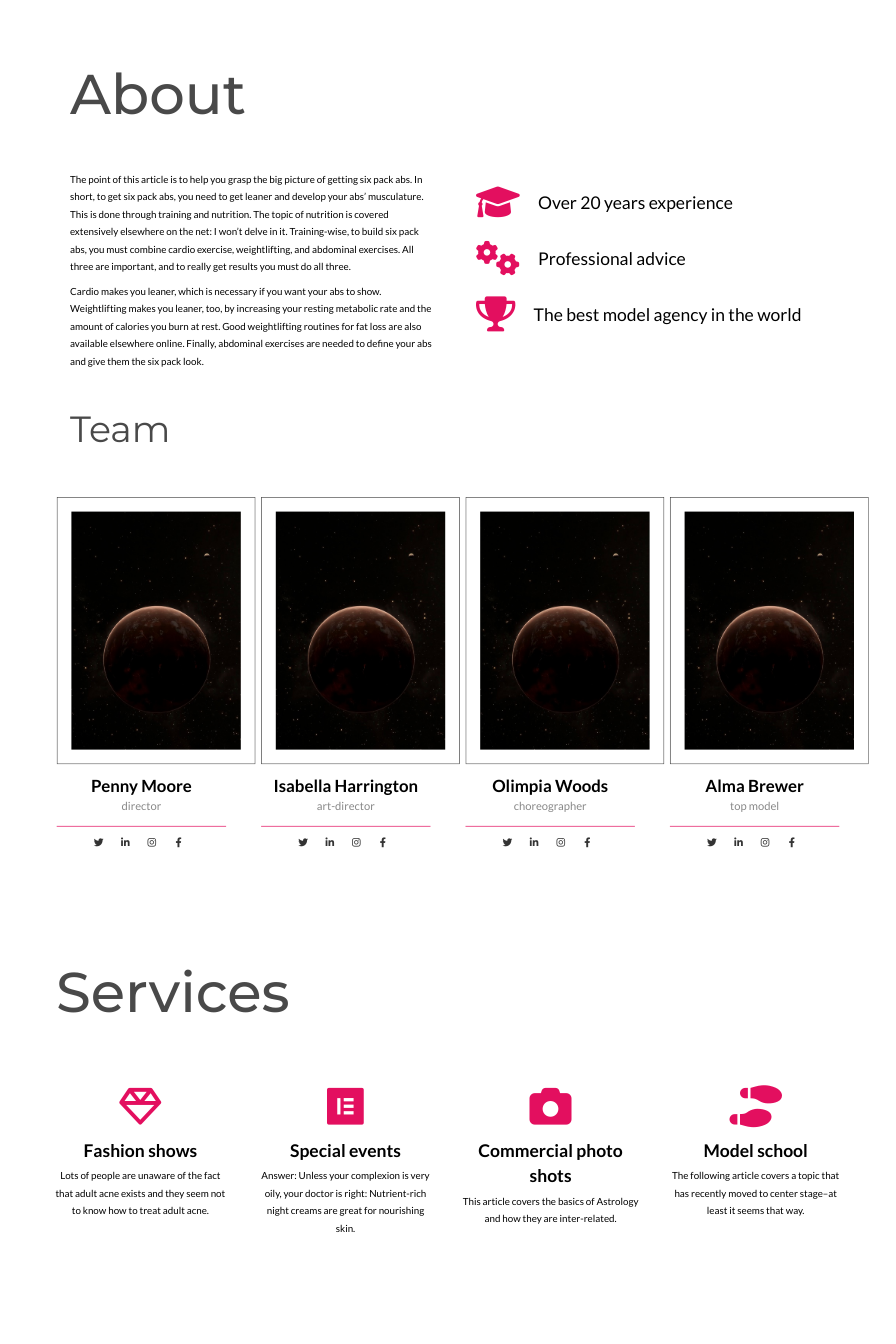
Repository: soniaarefin/cosmo
Page: index.html
These files come from the project's save history. The page is drawn as it stood at one moment and after a run of saves; the edit follows.
The browser window is 1280 px wide. The pictures show the part of the page from y = 717 to 2637 px (the page is 2929 px tall), at 70% of full size.

Above is the page before, as saved 2021-11-09 22:18:40.

### index.html
<!DOCTYPE html>
<html lang="en">
<head>
    <meta charset="UTF-8">
    <meta http-equiv="X-UA-Compatible" content="IE=edge">
    <meta name="description" content="&amp;lt;p&amp;gt;&amp;lt;strong&amp;gt;Cosmo&amp;lt;/strong&amp;gt; — is a clean, modern template that is suitable for &amp;l...">
    <meta name="keywords" content="HTML, CSS, JavaScript">
    <meta name="robots" content="noindex, nofollow" />
    <meta name="author" content="Sonia Arefin" >
    <meta name="viewport" content="width=device-width, initial-scale=1.0">
    <!-- <meta http-equiv="refresh" content="30" url="http://www.google.com"> -->
    <meta http-equiv = "cookie" content = "userid = xyz; expires = Wednesday, 20-Oct-21 23:59:59 GMT;" />
    <meta http-equiv = "Content-Type" content = "text/html; charset = UTF-8" />
    <!-- Title -->
    <title>Cosmo</title>
    <!-- CSS Links-->

    <!-- Fontawesome Links -->
    <link rel="stylesheet" href="https://cdnjs.cloudflare.com/ajax/libs/font-awesome/6.0.0-beta2/css/all.min.css">
    <!-- Google Fonts -->
    <link rel="preconnect" href="https://fonts.googleapis.com">
    <link rel="preconnect" href="https://fonts.gstatic.com" crossorigin>
    <link href="https://fonts.googleapis.com/css2?family=Lato:ital,wght@0,100;0,300;0,400;0,700;0,900;1,100;1,300&family=Montserrat:ital,wght@0,100;0,200;0,300;0,400;0,500;0,700;0,800;0,900;1,100;1,200;1,300;1,400&display=swap" rel="stylesheet">
    <!-- Custom CSS-->
    <link rel="stylesheet" href="assets/css/base.css">
    <link rel="stylesheet" href="assets/css/style.css">
    <link rel="stylesheet" href="assets/css/custom.css">
    <link rel="stylesheet" href="assets/css/responsive.css">
</head>
<body>
    <!-- Page Header Starts -->
    <header class="header">
        <div class="container">
            <nav class="nav-bar">
                <div class="wrapper-logo">
                    <a class="logo" href="index.html">
                        <span class="logo__heading">Cosmo</span><span class="logo__subheading">Model Agency</span>
                    </a>
                </div>
                <div class="wrapper-menu">
                    <ul class="menu-bar"><a class="menu-responsive-button" href="#"></a>
                        <li class="dropdown"><a class="dropbtn" href="#">Home</a>
                            <!-- <div class="dropdown-content">
                                <a href="#">Home Link 1</a>
                                <a href="#">Home Link 2</a>
                                <a href="#">Home Link 3</a>
                            </div> -->
                        </li>
                        <li class="dropdown"><a class="dropbtn" href="#">Projects</a>
                            <div class="dropdown-content">
                                <a href="#">Projects Link 1</a>
                                <a href="#">Projects Link 2</a>
                                <a href="#">Projects Link 3</a>
                            </div>
                        </li>
                        <li class="dropdown"><a class="dropbtn" href="casting.html">Casting</a>
                        </li>
                        <li class="dropdown"><a class="dropbtn" href="models.html">Models</a>
                        </li>
                        <li class="dropdown"><a class="dropbtn" href="blog.html">Blog</a>
                        </li>
                    </ul>
                </div>
            </nav>
        </div>
    </header>
    <!-- Page Header Ends -->
    <!-- Page Main Starts -->
    <main class="page-main">
        <!-- Section Intro Starts -->
        <section class="page-section page-section_intro intro-img">
            <div class="container">
                <div class="row">
                    <div class="col-25"></div>
                    <div class="col-50 section-intro" >
                        <header class="page-section_intro_header">
                            <span class="section-intro_span">MODEL AGENCY</span>
                            <hr class="divider">
                            <h1 class="page-section_intro_header_h1">Cosmo</h1>
                        </header>
                        <p class="section-intro_txt">Most people feel they have some basic flaws with their appearance, and the truth is that the stars are no exception.</p>
                        <div class="page-section_intro__btn">
                            <a class="page-section_intro__btn_btn button" href="#">Learn more</a>
                        </div>
                    </div>
                    <div class="col-25"></div>
                </div>
            </div>
        </section>
        <!-- Section Intro Ends -->
        <!-- Section About Starts -->
        <section class="page-section page-section-about">
            <div class="container">
                <div class="row">
                    <div class="col-100 section-about">
                        <h1 class="section-h1">About</h1>
                    </div>
                </div>
                <div class="row">
                    <div class="col-50 section-about_paragraph">
                        <p>The point of this article is to help you grasp the big picture of getting six pack abs. In short, to get six pack abs, you need to get leaner and develop your abs’ musculature. This is done through training and nutrition. The topic of nutrition is covered extensively elsewhere on the net: I won’t delve in it. Training-wise, to build six pack abs, you must combine cardio exercise, weightlifting, and abdominal exercises. All three are important, and to really get results you must do all three.</p>
                        <p>Cardio makes you leaner, which is necessary if you want your abs to show.  Weightlifting makes you leaner, too, by increasing your resting metabolic rate and the amount of calories you burn at rest. Good weightlifting routines for fat loss are also available elsewhere online. Finally, abdominal exercises are needed to define your abs and give them the six pack look.</p>
                    </div>
                    <div class="col-50 section-about_list_item">
                        <ul class="section-about_list">
                            <li class="about_list"><i class="fas fa-graduation-cap about-icon"></i><span class="about-list_span">Over 20 years experience</span></li>
                            <li class="about_list"><i class="fas fa-cogs about-icon"></i><span class="about-list_span">Professional advice</span></li>
                            <li class="about_list"><i class="fas fa-trophy about-icon"></i><span class="about-list_span">The best model agency in the world</span></li>
                        </ul>
                    </div>
                </div>
                <div class="col-100 mt-50 ">
                    <h3 class="h3">Team</h3>
                </div>
                <div class="mb-90">
                    <!-- <div class="col-25 team-member-wrapper">
                        <img class="team-member img-responsive" src="assets/images/abstract-g.png" alt="cosmo">
                    </div> -->
                    <div class="team-grid_container team-member-wrapper">
                        <!-- Team Member 1 -->
                        <div class="team-member1">
                            <img class="grid-item img-responsive team-member" src="assets/images/galaxy-n.jpg" alt="cosmo"><span class="team-member_name">Penny Moore</span><span class="team-member_designation">director</span>
                            <hr class="divider">
                            <ul class="team-social_icons">
                                <li class="social-icon"><a class="icon-twitter link-social-icon" href="#"><i class="fab fa-twitter"></i></a></li>
                                <li class="social-icon"><a class="icon_linkedin link-social-icon" href="#"><i class="fab fa-linkedin-in"></i></a></li>
                                <li class="social-icon"><a class="icon_instagram link-social-icon" href="#"><i class="fab fa-instagram"></i></a></li>
                                <li class="social-icon"><a class="icon_facebook link-social-icon" href="#"><i class="fab fa-facebook-f"></i></a></li>
                            </ul>
                        </div>
                        <!-- Team Member 1 -->
                        <!-- Team Member 2 -->
                        <div class="team-member2">
                            <img class="grid-item img-responsive team-member" src="assets/images/galaxy-n.jpg" alt="cosmo"><span class="team-member_name">Isabella Harrington</span><span class="team-member_designation">art-director</span>
                            <hr class="divider">
                            <ul class="team-social_icons">
                                <li class="social-icon"><a class="icon-twitter link-social-icon" href="#"><i class="fab fa-twitter"></i></a></li>
                                <li class="social-icon"><a class="icon_linkedin link-social-icon" href="#"><i class="fab fa-linkedin-in"></i></a></li>
                                <li class="social-icon"><a class="icon_instagram link-social-icon" href="#"><i class="fab fa-instagram"></i></a></li>
                                <li class="social-icon"><a class="icon_facebook link-social-icon" href="#"><i class="fab fa-facebook-f"></i></a></li>
                            </ul>
                        </div>
                        <!-- Team Member 2 -->
                        <!-- Team Member 3 -->
                        <div class="team-member3">
                            <img class="grid-item img-responsive team-member" src="assets/images/galaxy-n.jpg" alt="cosmo"><span class="team-member_name">Olimpia Woods</span><span class="team-member_designation">choreographer</span>
                            <hr class="divider">
                            <ul class="team-social_icons">
                                <li class="social-icon"><a class="icon-twitter link-social-icon" href="#"><i class="fab fa-twitter"></i></a></li>
                                <li class="social-icon"><a class="icon_linkedin link-social-icon" href="#"><i class="fab fa-linkedin-in"></i></a></li>
                                <li class="social-icon"><a class="icon_instagram link-social-icon" href="#"><i class="fab fa-instagram"></i></a></li>
                                <li class="social-icon"><a class="icon_facebook link-social-icon" href="#"><i class="fab fa-facebook-f"></i></a></li>
                            </ul>
                        </div>
                        <!-- Team Member 3 -->
                        <!-- Team Member 4 -->
                        <div class="team-member4">
                            <img class="grid-item img-responsive team-member" src="assets/images/galaxy-n.jpg" alt="cosmo"><span class="team-member_name">Alma Brewer</span><span class="team-member_designation">top model</span>
                            <hr class="divider">
                            <ul class="team-social_icons">
                                <li class="social-icon"><a class="icon-twitter link-social-icon" href="#"><i class="fab fa-twitter"></i></a></li>
                                <li class="social-icon"><a class="icon_linkedin link-social-icon" href="#"><i class="fab fa-linkedin-in"></i></a></li>
                                <li class="social-icon"><a class="icon_instagram link-social-icon" href="#"><i class="fab fa-instagram"></i></a></li>
                                <li class="social-icon"><a class="icon_facebook link-social-icon" href="#"><i class="fab fa-facebook-f"></i></a></li>
                            </ul>
                        </div>
                        <!-- Team Member 4 -->
                    </div>
                </div>
            </div>
        </section>
        <!-- Section About Ends -->
        <!-- Section Services Starts -->
        <section class="page-section">
            <div class="container">
                <div class="section-services">
                    <h1 class="section-h1">Services</h1>
                </div>
                <div class="services-grid_container">
                    <div class="services-grid_item">
                        <i class="services-icon fa-regular fa-gem"></i>
                        <span class="services-span">Fashion shows</span>
                        <p class="service-paragraph">Lots of people are unaware of the fact that adult acne exists and they seem not to know how to treat adult acne.</p>
                    </div>
                    <div class="services-grid_item">
                        <i class="services-icon fab fa-elementor"></i>
                        <span class="services-span">Special events</span>
                        <p class="service-paragraph">Answer: Unless your complexion is very oily, your doctor is right: Nutrient-rich night creams are great for nourishing skin.</p>
                    </div>
                    <div class="services-grid_item">
                        <i class="services-icon fas fa-camera"></i>
                        <span class="services-span">Commercial photo shots</span>
                        <p class="service-paragraph">This article covers the basics of Astrology and how they are inter-related.</p>
                    </div>
                    <div class="services-grid_item">
                        <i class="services-icon fa-solid fa-shoe-prints"></i>
                        <span class="services-span">Model school</span>
                        <p class="service-paragraph">The following article covers a topic that has recently moved to center stage–at least it seems that way.</p>
                    </div>
                </div>
            </div>
        </section>
        <!-- Section Services Ends -->
        <!-- Section Projects Starts -->
        <section class="page-section page-section-projects">
            <div class="container">
                <div class="projects_h1">
                    <h1 class="section-h1">Projects</h1>
                </div>
                <div>

                </div>
            </div>
        </section>
        <!-- Section Projects Ends -->
    </main>
    <!-- Page Main Ends -->
    <!-- Page Footer Starts -->
    <!-- Page Footer Starts -->
    <!-- JS links -->
    <!-- JS links -->
    <!-- Custom JS -->
    <!-- Custom JS -->
</body>
</html>

### assets/css/style.css
.header {
    background-color: black;
    /* z-index: 300; */
}

/* logo */

.wrapper-logo {
    display: inline-block;
    padding: 17px 0px;
}
.logo__heading {
    display: block;
    font-family: 'Montserrat', sans-serif;
    font-size: 30px;
    line-height: 1;
    font-weight: 700;
    color: #e30f5f;
    margin-bottom: 5px;
}
.logo__subheading {
    display: block;
    font-size: 12px;
    line-height: 1;
    letter-spacing: 1px;
    font-weight: 300;
    text-transform: uppercase;
    color: #888;
}

/* Navigation Bar */
.nav-bar {
    display: flex;
    justify-content: space-between;
    /* -webkit-box-pack: justify;  */
}


/* li a, .dropbtn {
    position: relative;
    display: inline-block;
    color: white;
    text-align: center;
    /* padding: 14px 16px; */
    /* text-decoration: none; */
    /* padding: 28px 0px;
    margin: 0px 20px;
    font-size: 18px;
    font-family: 'Lato', sans-serif;
    letter-spacing: 1px;
    font-weight: 400; */
    /* text-transform: uppercase; */
    /* overflow: hidden; */
/* } */


.dropdown a {
    position: relative;
    display: inline-block;
    color: white;
    text-align: center;
    /* padding: 14px 16px; */
    text-decoration: none;
    padding: 28px 0px;
    margin: 0px 20px;
    font-size: 18px;
    font-family: 'Lato', sans-serif;
    letter-spacing: 1px;
    font-weight: 400;
    /* text-transform: uppercase; */
    /* overflow: hidden; */
}
.dropbtn:hover {
    text-align: center;
    visibility: visible;
    display: block;
    /* position: relative; */
}
li.dropdown {
    display: inline-block;
}
.dropdown-content {
    display: none;
    position: absolute;
    background-color: #331a24;
    /* min-width: 160px; */
    box-shadow: 0px 8px 16px 0px rgba(0,0,0,0.2);
    z-index: 100;
    border-bottom: 3px solid #e30f5f;

}
.dropdown-content a {
    display: block;
    min-width: 160px;
    /* background: #e30f5f; */
    /*position: absolute; */
    top: 100%;
    left: 0;
    z-index: 100;
    padding: 20px 15px;
    -webkit-transition: all 0.4s ease-in-out;
    transition: all 0.4s ease-in-out;
    /* opacity: 0; */
    /* visibility: hidden; */
    -webkit-transform: translateY(5px);
    -ms-transform: translateY(5px);
    transform: translateY(5px);
}
.dropdown-content a:hover {
    margin: 0;
    padding: 18px 15px;
    background-color: #e30f5f;
    opacity: 1;
    color: white;
    /* visibility: visible; */
}
.dropdown:hover .dropdown-content {
    display: block;
}

/* link Menu Hover */

.dropbtn:before {
    content: '';
    position: absolute;
    left: 0;
    bottom: 25px;
    display: block;
    width: 100%;
    height: 1px;
    background: #e30f5f;
    -webkit-transform: translateX(-100%);
    -ms-transform: translateX(-100%);
    transform: translateX(-100%);
    -webkit-transition: all 0.4s ease-in-out;
    transition: all 0.4s ease-in-out;
    opacity: 0;
}
.dropbtn:hover:before {
    -webkit-transform: translateX(0);
    -ms-transform: translateX(0);
    transform: translateX(0);
    opacity: 1;
}

/* Section Common CSS */

section{
    padding: 60px 0px;
}
.page-main {
    background-color: #fff;
}
.page-section{
    position: relative;
    padding: 90px 0px;
    z-index: 10;
}

/* Section Intro */

.intro-img {
    background-image: url(../images/abstract-g.png);
    background-size: cover;
    background-repeat: no-repeat;
    background-position: 50%;
    /* filter: drop-shadow(); */
}
/* .card-overlay{
    position: relative;
}
.card-overlay:after {
    content:'';
    position:absolute;
    left:0px;
    top:0px;
    width:100%;
    height:100%;
    background: rgba(0, 0, 0, 0.7);
} */
.section-intro_span {
    color: #fff;
    text-align: left;
    font-size: 16px;
    line-height: 1;
    letter-spacing: 2px;
}
.page-section_intro_header {
    text-align: left;
}
.page-section_intro_header_h1 {
    /* display: block; */
    font-size: 150px;
    color: #e30f5f;
    font-family: 'Montserrat', sans-serif;
    font-weight: 500;
    margin-top: -5px;
    margin-bottom: 40px;
    line-height: 1;
}
.section-intro_txt {
    color: #fff;
    font-size: 24px;
    text-align: center;
    line-height: 1.5;
}
.page-section_intro__btn {
    margin-top: 70px;
    text-align: center;
    /* z-index: 500; */
}
.page-section_intro__btn_btn {
    margin: 0 auto;
}

/* Section About */

.page-section-about {
    padding-top: 90px;
    padding-bottom: 90px;
}
.section-h1 {
    display: block;
    color: #494949;
    font-size: 80px;
    font-weight: 500;
    margin-bottom: 60px;
}
.section-about_paragraph {
    padding-left: 0;
    padding-right: 0;
}

/* About list */

.section-about_list_item {
    justify-content: center;
}
.section-about_list {
    /* display: block;
    width: 100%; */
    padding-left: 20px;
    padding-right: 20px;
    padding-top: 20px;
    justify-content: center;
}
.about_list {
    display: block;
    width: 100%;
    padding-bottom: 30px;
}
.about-list_span {
    display: table-cell;
    vertical-align: middle;
    padding-left: 6px;
    font-size: 25px;
    line-height: 1;
}
.about-icon {
    display: table-cell;
    vertical-align: middle;
    font-size: 50px;
    color: #e30f5f;
    padding-right: 20px;
}

/* Section About Team */

.team-member-wrapper {
    height: 379.391px;
    text-align: center;
}
.team-member {
    max-width: 100%;
    height: 200px;
    border: 1px solid rgba(204, 204, 204, 0.5);
}
.team-member_name {
    display: block;
    margin-top: 15px;
    font-weight: 700;
    font-size: 1.71429rem;
    line-height: 2.14286rem;
}
.team-member_designation {
    display: block;
    margin-bottom: 15px;
    font-size: 1.14286rem;
    line-height: 2rem;
    color: #888;
}
.team-grid_container {
    display: grid;
    grid-column-gap: 50px;
    grid-template-columns: 22% 22% 22% 22%;
    /* background-color: #2196F3; */
    padding: 10px;
    justify-content: center;
}

/* Social Icons */

.team-social_icons {
    position: relative;
    float: none;
    width: 160px;
    text-align: center;
    display: block;
    margin: 0 auto;
}
.social-icon {
    position: relative;
    display: inline-block;

}
.social-icon {
    position: relative;
    display: inline-block;
    text-align: center;
    width: 30px;
    height: 30px;
    -webkit-border-radius: 50%;
    border-radius: 50%;
    margin-right: 8px;
    -webkit-transition: all 0.4s ease-in-out;
    transition: all 0.4s ease-in-out;
}
.link-social-icon {
    display: inline-block;
    text-align: center;
    width: 100%;
    height: 100%;
    color: #333;
    font-size: 8;
    padding: 4px;
    z-index: 0;
}
.link-social-icon:hover {
    color: rgb(255, 255, 255);
    background-color: #e30f5f;
    border-radius: 50%;
    padding: 10px;
    width: 10px;
    height: 10px;
    text-align: center;
    text-decoration: none;
    transition: all 0.4s ease-in-out;
    transition-duration: 0.2s;
    z-index: -1;
}
/*.link-social-icon:after {
    content: '';
    display: inline-block;
    width: 100%;
    height: 100%;
    position: absolute;
    top: 0;
    left: 0;
    -webkit-border-radius: 50%;
    border-radius: 50%;
    background-color: #e30f5f;
    -webkit-transform: scale(0);
    -ms-transform: scale(0);
    transform: scale(0);
    opacity: 0;
    visibility: hidden;
    -webkit-transition: all 0.4s ease-in-out;
    transition: all 0.4s ease-in-out;
    -webkit-transition-duration: 0.2s;
    transition-duration: 0.2s;
    z-index: -1;
} */

/* section services */
.services-grid_container {
    display: grid;
    grid-column-gap: 40px;
    grid-template-columns: 23% 23% 23% 23%;
    /* background-color: #2196F3; */
    padding: 10px;
    justify-content: center;
}
.services-grid_item {
    background-color: rgba(255, 255, 255, 0.8);
    /* border: 1px solid rgba(0, 0, 0, 0.8); */
    /* padding: 20px; */
    font-size: 30px;
    text-align: center;
}
.section-services {
    display: block;
    /* padding-bottom: 90px; */
}
.service-container {
    text-align: center;
}
.service-paragraph {
    font-size: 14px;
    margin: 8px 0;
}
.services-icon {
    margin: 15px 0 12px;
    display: block;
    font-size: 60px;
    color: #e30f5f;
    /* font-weight: 500; */
}
.services-span {
    font-size: 25px;
    line-height: 1;
    margin: 15px 0 8px;
    font-weight: 700;
    /* font-family: 'Montserrat', sans-serif; */
}

/* section projects */

.projects-grid_container {
    display: grid;
    grid-gap: 50px 100px;
    grid-template-columns: auto auto auto;
    background-color: #2196F3;
    padding: 10px;
}
.grid-item {
    background-color: rgba(255, 255, 255, 0.8);
    border: 1px solid rgba(0, 0, 0, 0.8);
    padding: 20px;
    font-size: 30px;
    text-align: center;
}

Loaded but not shown: assets/css/custom.css (163 lines, source omitted); assets/css/base.css (53 lines, source omitted); assets/css/responsive.css (34 lines, source omitted)

After the next 2 saves:
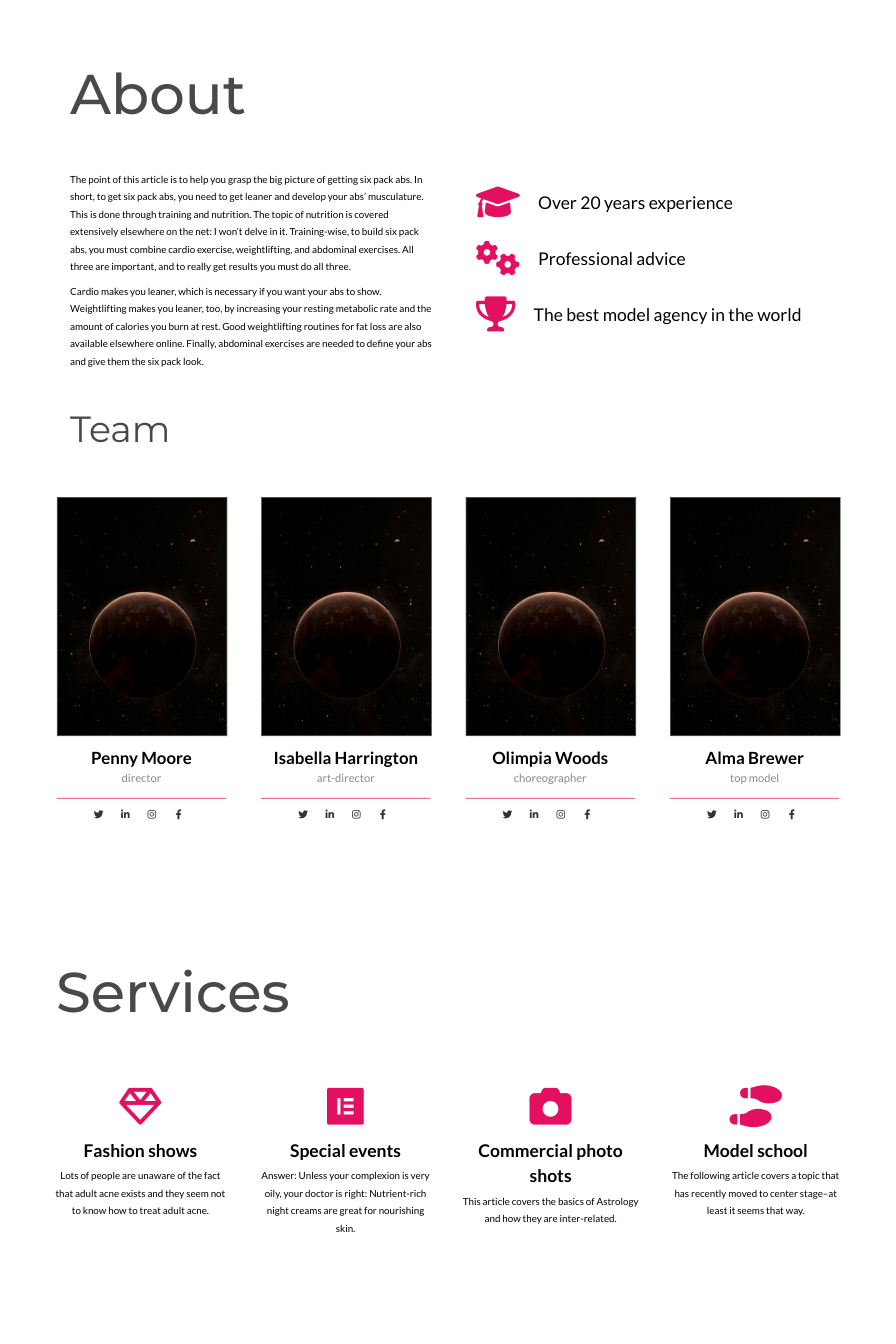
The 2 saves are shown as one change because they came seconds apart.
The last was saved 6 s later.
--- a/assets/css/style.css
+++ b/assets/css/style.css
@@ -422,7 +422,7 @@ section{
     background-color: #2196F3;
     padding: 10px;
 }
-.grid-item {
+.projects-grid-item {
     background-color: rgba(255, 255, 255, 0.8);
     border: 1px solid rgba(0, 0, 0, 0.8);
     padding: 20px;
